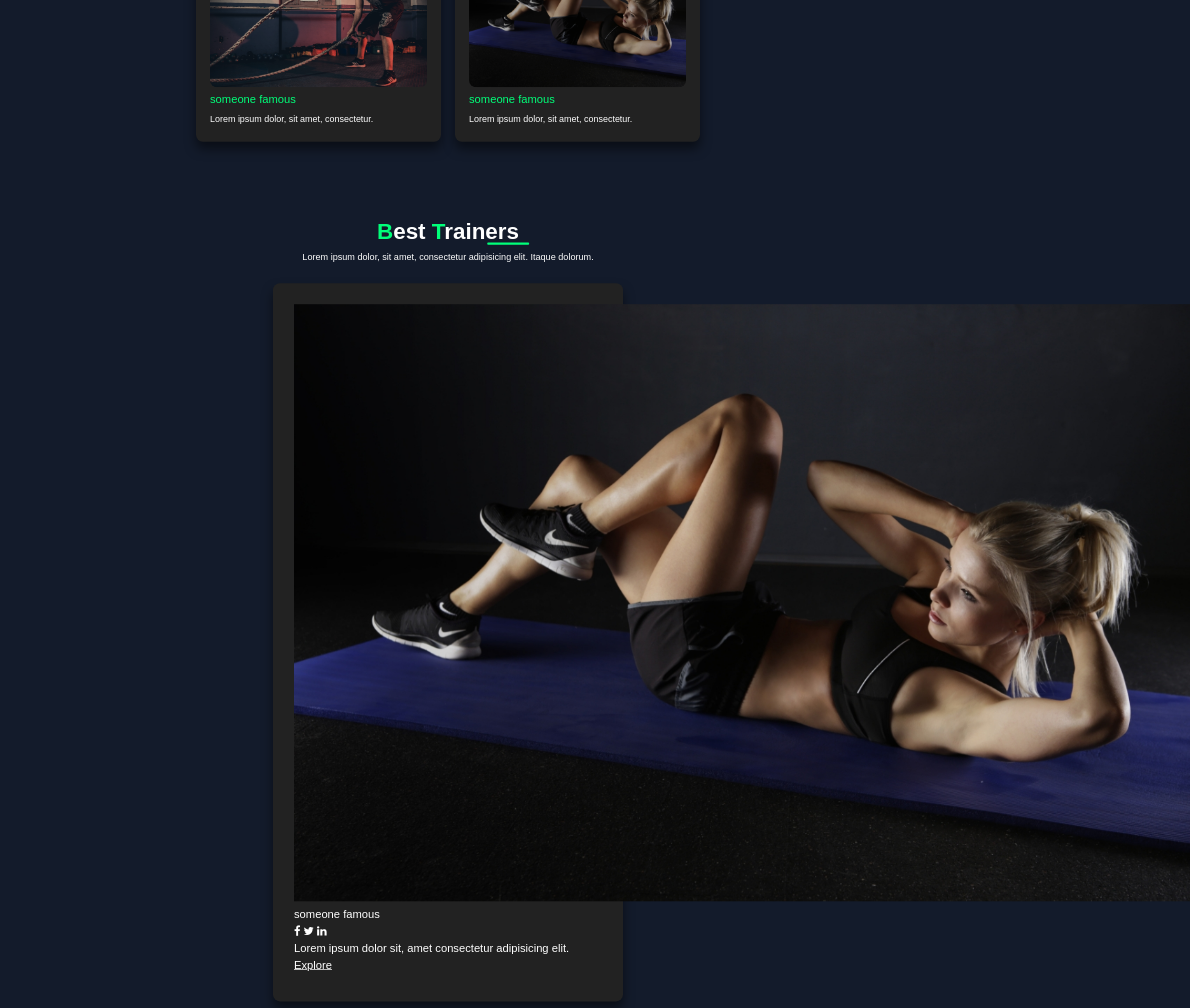
Repository: guilhermecardoso93/fitapex
Page: index.html
The author's editor kept a copy of each file at every save. The page is drawn from the files as they stood at one save, then again after the next save.
The browser window is 1280 px wide. The page is 1700 px wide, so the pictures cover 1700 px, including what lies to the right of the window. The pictures show the part of the page from y = 2252 to 3692 px (the page is 3692 px tall), at 70% of full size.

Above is the page before, as saved 2023-03-07 20:50:36.

After the next save:
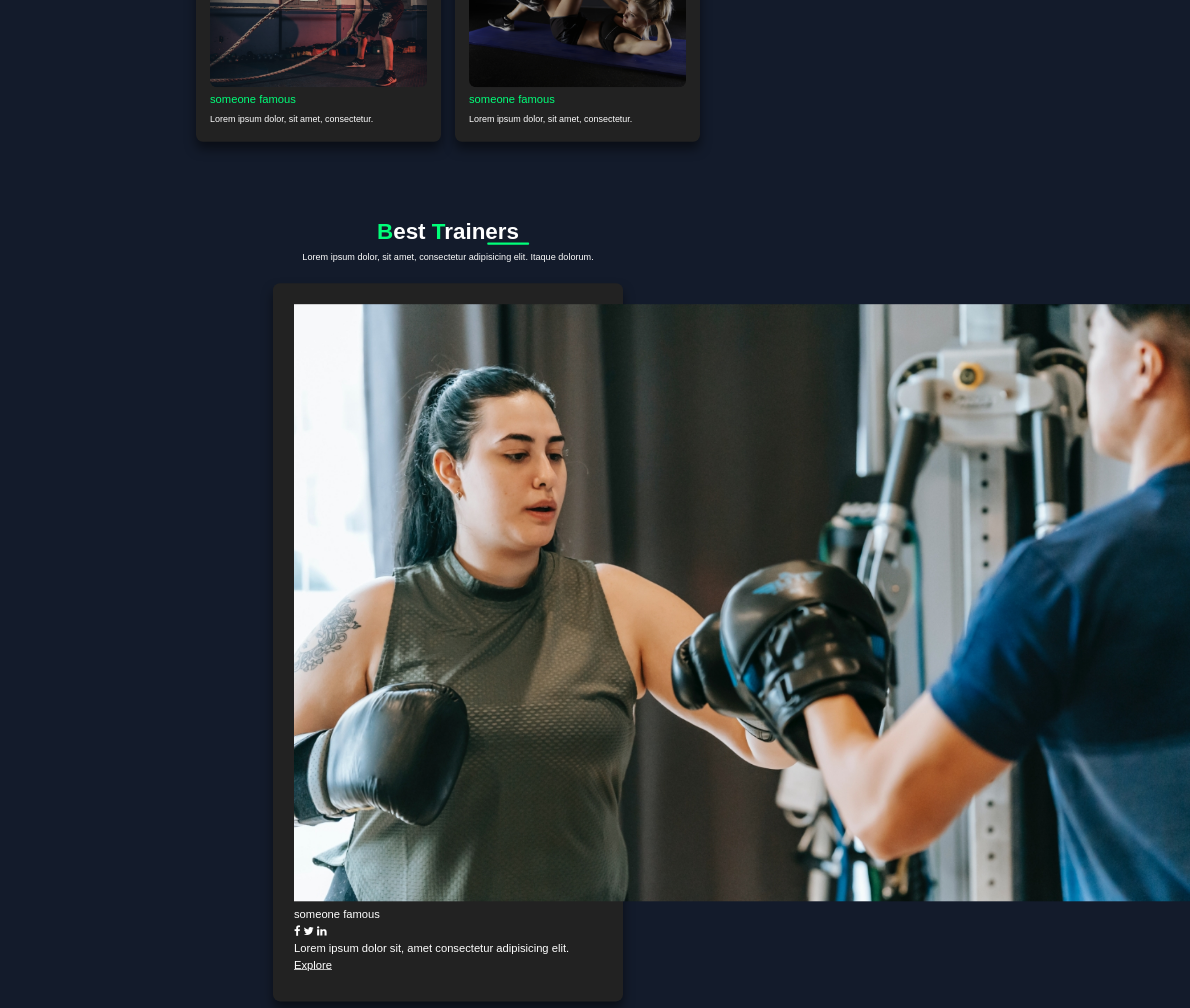
Saved 2 min 33 s later.
--- a/index.html
+++ b/index.html
@@ -150,7 +150,7 @@
       <div class="content">
         <div class="frame">
           <div class="box">
-            <img src="./assets/workout6.jpg" alt="" />
+            <img src="./assets/trainer1.jpg" alt="" />
           </div>
           <div class="headline">
             <div class="title">someone famous</div>
